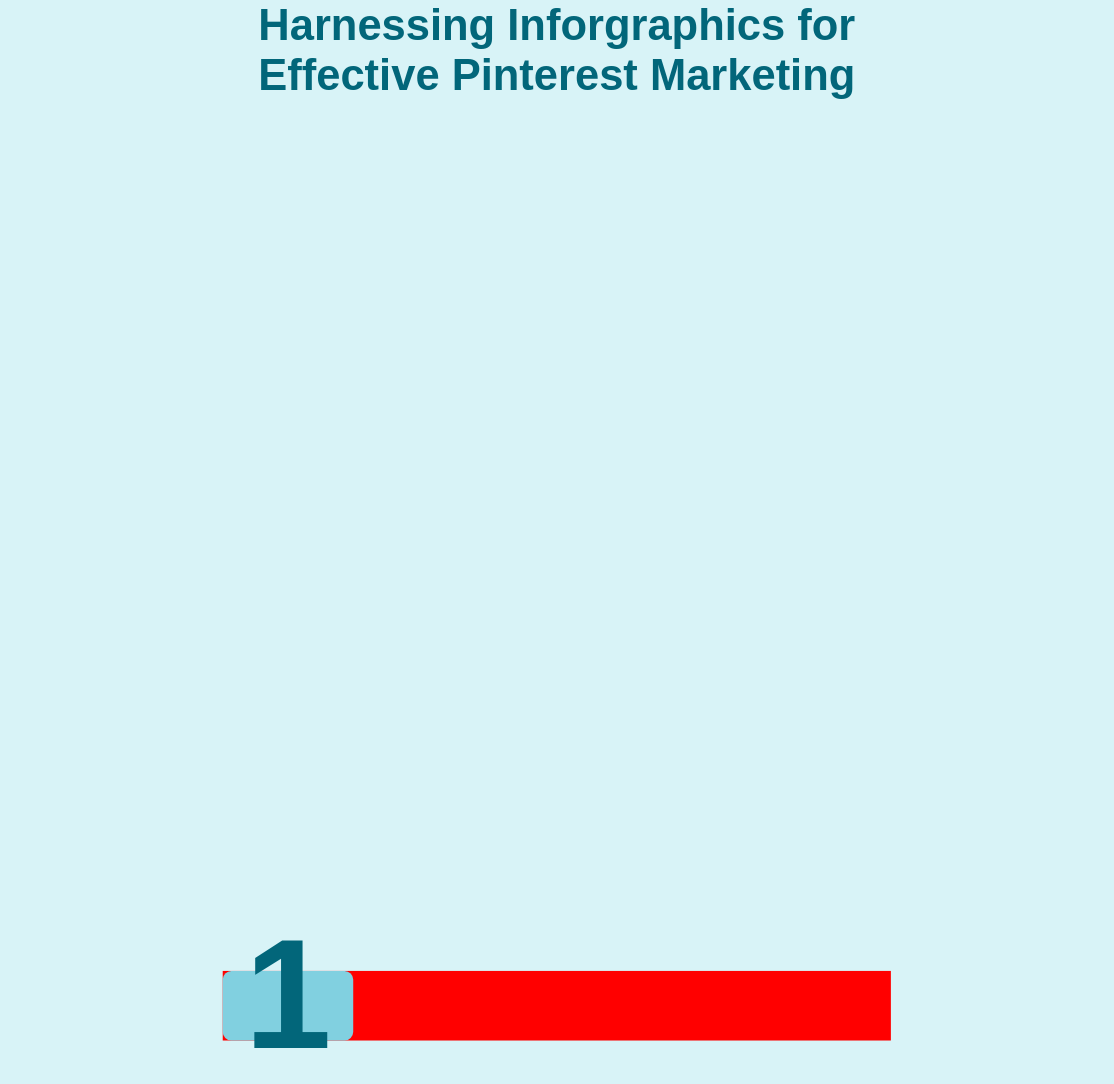
Repository: ayushrajput545/InforGraphic-page
Page: index.html
These files come from the project's save history. The page is drawn as it stood at one moment and after the next save; the edit follows.
The browser window is 1280 px wide. The pictures show the whole page, at 87% of full size.
Some web fonts or font styles are not loaded; a fallback is used.

Above is the page before, as saved 2025-04-01 22:00:20.

### index.html
<!DOCTYPE html>
<html lang="en">
<head>
    <meta charset="UTF-8">
    <meta name="viewport" content="width=device-width, initial-scale=1.0">
    <link rel="stylesheet" href="style.css">
    <link rel="preconnect" href="https://fonts.googleapis.com">
    <link rel="preconnect" href="https://fonts.gstatic.com" crossorigin>
    <link href="https://fonts.googleapis.com/css2?family=Protest+Riot&display=swap" rel="stylesheet">
</head>
<body>

    <h1 class="header">Harnessing Inforgraphics for Effective Pinterest Marketing</h1>



    <div class="container">

        <div class="overlap">
            <h1 class="steps">1</h1>

        </div>



    </div>

</body>
</html>

### style.css
*{
    margin: 0;
    padding: 0;
    box-sizing: border-box;
}

body{
    background-color: #d8f3f7;;
}

.header{
    font-family: "Protest Riot", sans-serif;
    text-align: center;
    max-width: 60%;
    margin: auto;
    font-size: 50px;
    font-weight: bold;
    color: #02667a;
}

.container{
    position: relative;
    width: 60%;
    margin: auto;
    background-color: red;
    margin-top: 1000px;
}

.overlap{
    background-color: #81d0e0;
    width: 150px;
    height: 80px;
    position: relative;
    z-index: 1;
    display: flex;
    justify-content: center;
    border-radius: 10px;
}

.steps{
    font-family: "Protest Riot", sans-serif;
    font-size: 180px;
    font-weight: bold;
    color: #02667a;
    position: absolute;
    z-index: 2;
    bottom: -50px;


}

After the next save:
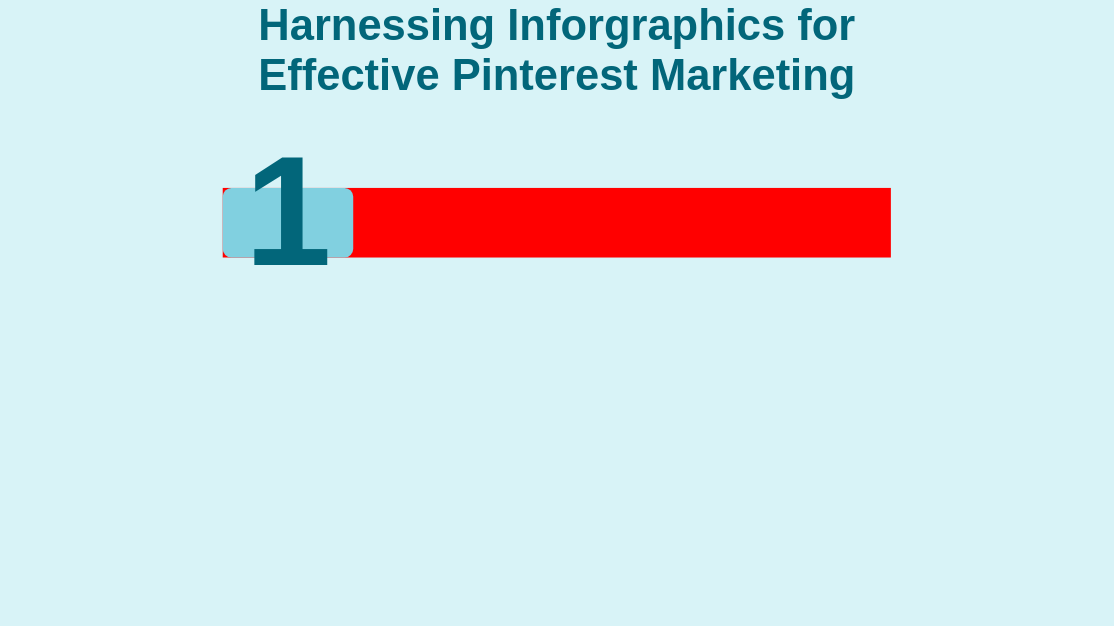
Saved 8 s later.
--- a/style.css
+++ b/style.css
@@ -23,7 +23,7 @@
     width: 60%;
     margin: auto;
     background-color: red;
-    margin-top: 1000px;
+    margin-top: 100px;
 }
 
 .overlap{
